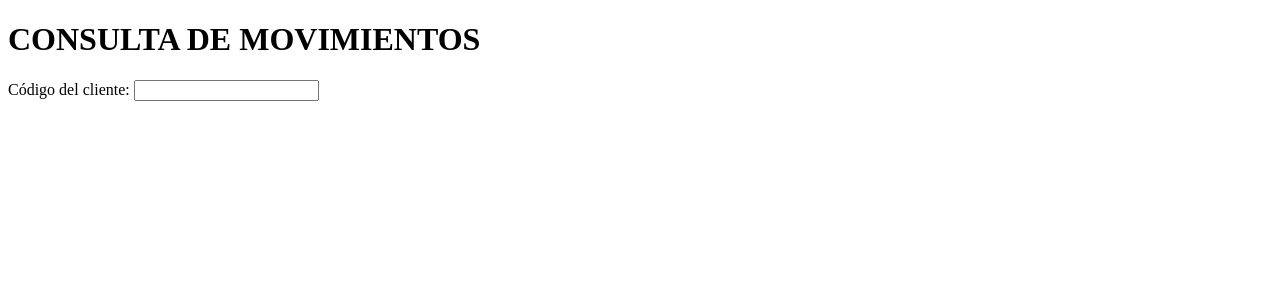
Repository: EmmanuelRamosBiado/JAVA-EE
Page: controljava/src/main/webapp/consulta.html
An editor plug-in stored every save of this project. The page is shown before and after the next save, followed by the edit.
The browser window is 1280 px wide. The pictures show the whole page.

Above is the page before, as saved 2023-02-06 12:29:47.

### controljava/src/main/webapp/consulta.html
<!DOCTYPE html>
<html>
<head>
<meta charset="UTF-8">
<title>CONSULTA DE MOVIMIENTOS</title>
</head>
<body>
<h1> CONSULTA DE MOVIMIENTOS</h1>
	<form>
		<label for="codCliente">Código del cliente: </label>
		<input type="text" name="codCliente"><br>


	</form>
</body>
</html>

After the next save:
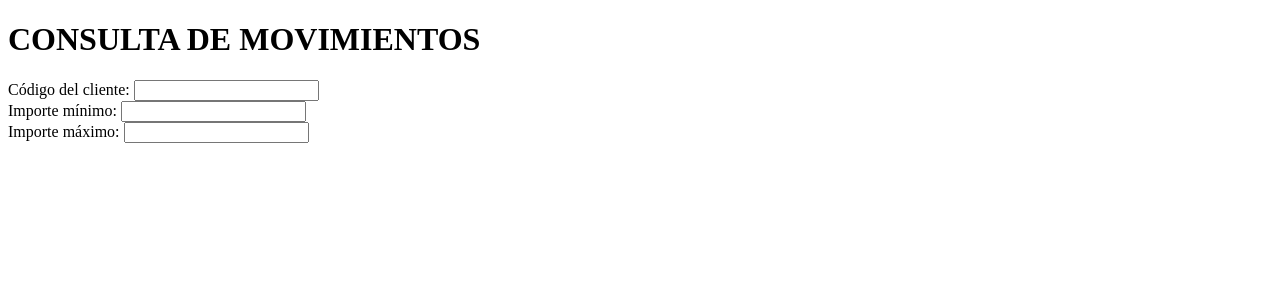
Saved 104 s later.
--- a/controljava/src/main/webapp/consulta.html
+++ b/controljava/src/main/webapp/consulta.html
@@ -10,7 +10,11 @@
 		<label for="codCliente">Código del cliente: </label>
 		<input type="text" name="codCliente"><br>
 
+		<label for="impMin">Importe mínimo: </label>
+		<input type="text" name="impMin"><br>
 
+		<label for="impMin">Importe máximo: </label>
+		<input type="text" name="impMax"><br>
 	</form>
 </body>
 </html>
